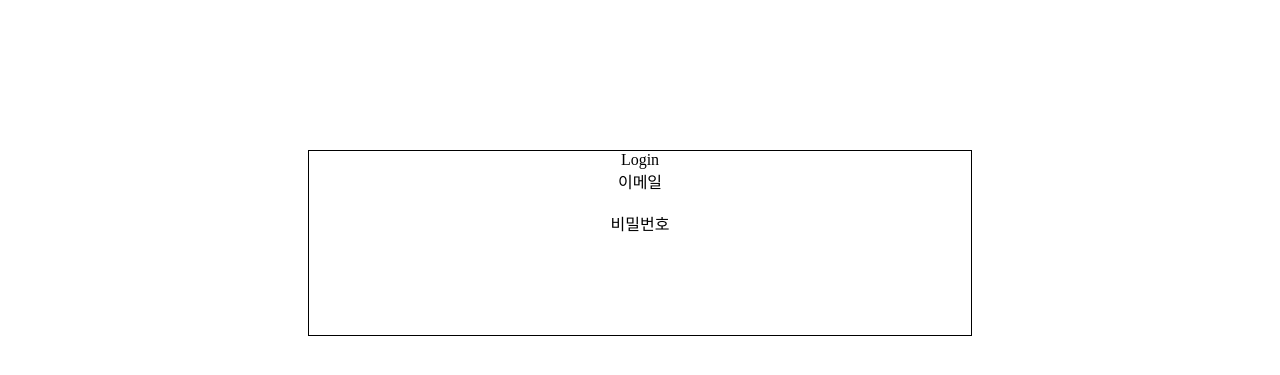
Repository: smandkd/Multicampus_Frontend
Page: http://localhost/Mulcam_Project/jsp/login.jsp
The author's editor kept a copy of each file at every save. The page is drawn from the files as they stood at one save, then again after the next save.
The browser window is 1280 px wide. The pictures show the whole page.
The page is served by Tomcat 9.

Above is the page before, as saved 2022-01-30 01:59:57.

### Mulcam_Project/jsp/login.jsp
<%@ page contentType="text/html; charset=utf-8"
    pageEncoding="EUC-KR"%>
<!DOCTYPE html>
<html>
<head>
<meta name="viewport" content="width=device-width, initial-scale=1.0">
<style type="text/css">
.a {
	text-align:center;
	margin-right:300px;
	margin-left:300px;
	margin-top:150px;
	margin-:10px;
	border:1px solid;
}
.b {
	padding-bottom:100px;
}
</style>
</head>
<body>

<div class="a">
	Login
	<div class="b">
		<div>이메일</div>
		<br/>
		<div>비밀번호</div>
	</div>
</div>
</body>
</html>

After the next save:
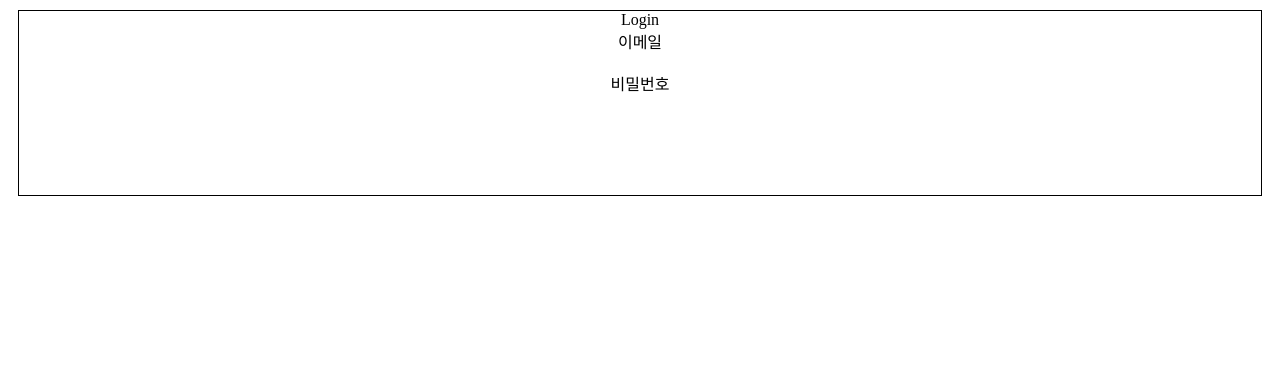
Saved 5 s later.
--- a/Mulcam_Project/jsp/login.jsp
+++ b/Mulcam_Project/jsp/login.jsp
@@ -10,7 +10,7 @@
 	margin-right:300px;
 	margin-left:300px;
 	margin-top:150px;
-	margin-:10px;
+	margin:10px;
 	border:1px solid;
 }
 .b {

After the save that followed:
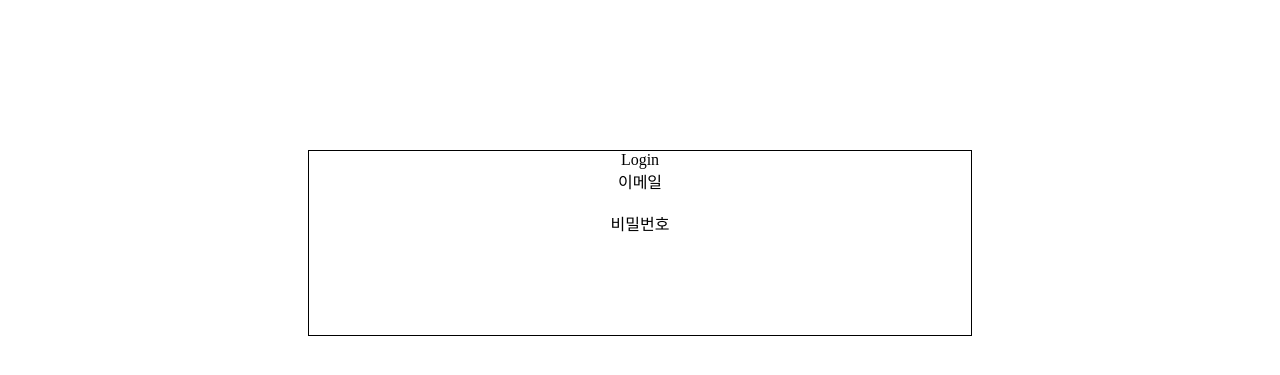
Saved 7 s later.
--- a/Mulcam_Project/jsp/login.jsp
+++ b/Mulcam_Project/jsp/login.jsp
@@ -10,7 +10,7 @@
 	margin-right:300px;
 	margin-left:300px;
 	margin-top:150px;
-	margin:10px;
+
 	border:1px solid;
 }
 .b {
